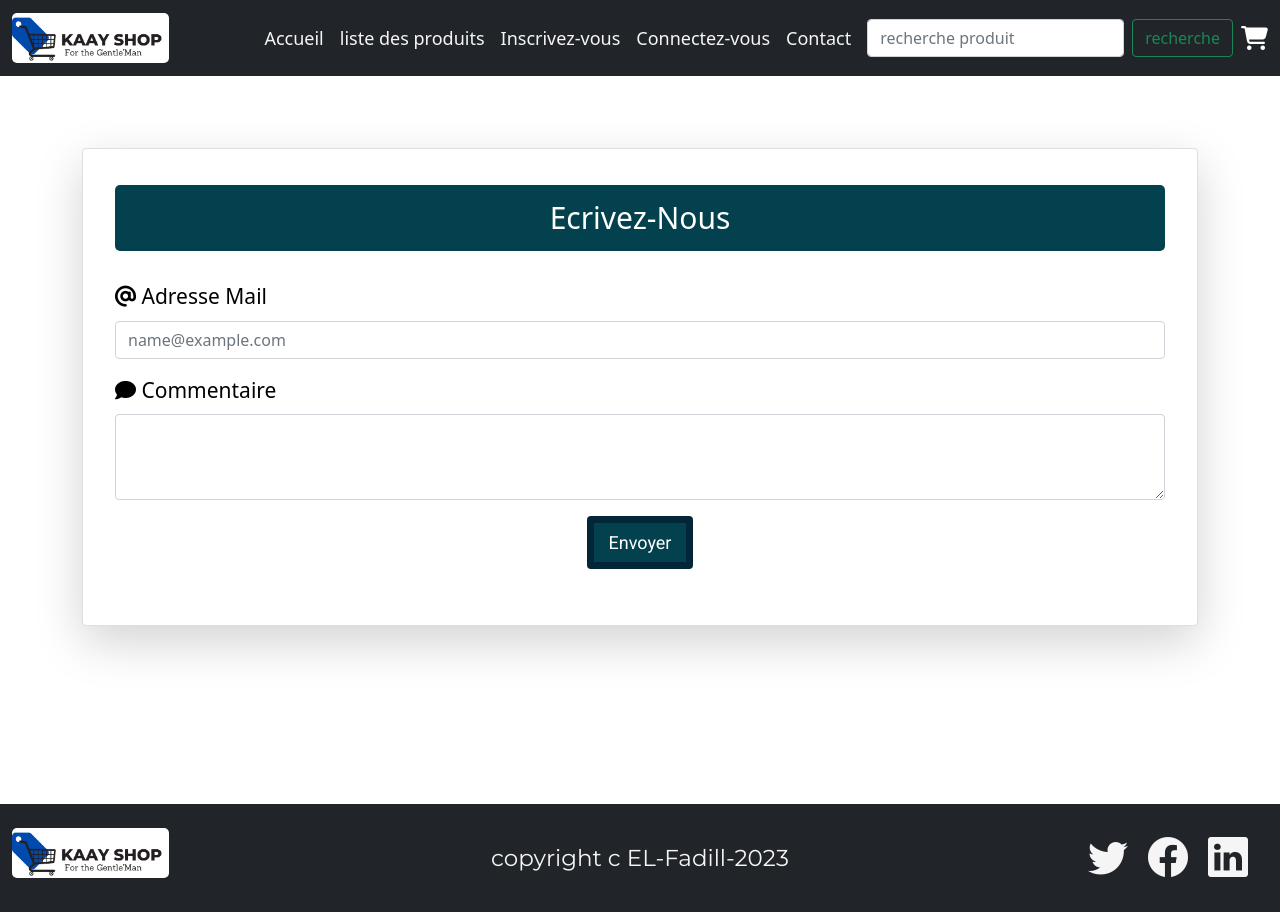
Repository: wadelfadill/Mini_projet_bootstrap_Site_vente_online
Page: contact.html
An editor plug-in stored every save of this project. The page is shown before and after the next save, followed by the edit.
The browser window is 1280 px wide. The pictures show the whole page.
The first visible `.card button` has the focus.
Some web libraries are served in a nearby version.

Above is the page before, as saved 2023-05-19 11:48:54.

After the next save:
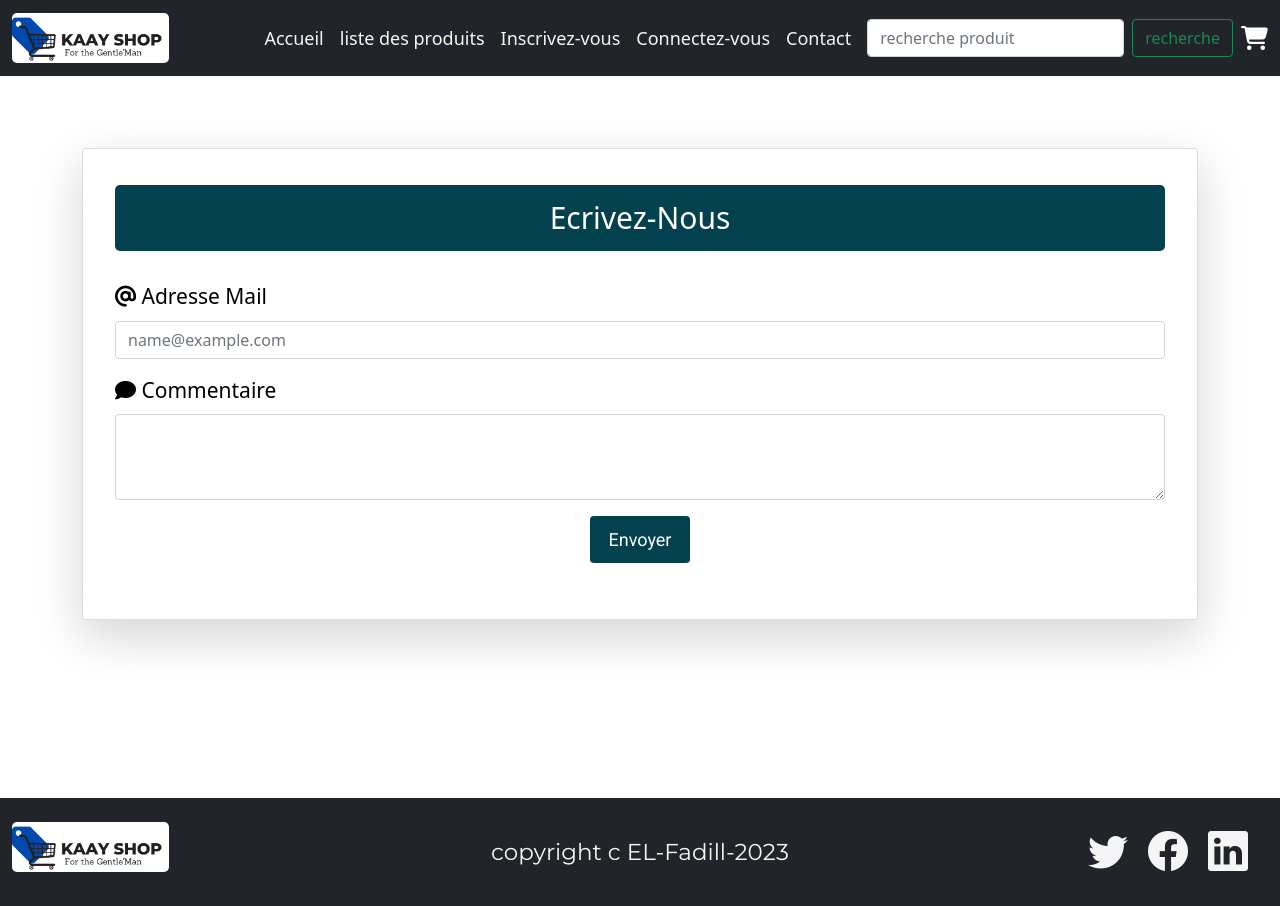
Saved 59 s later.
--- a/assets/css/contact_style.css
+++ b/assets/css/contact_style.css
@@ -40,6 +40,6 @@ main{
 }
 .card button:focus{
     box-shadow: none !important;
-    border: 7px solid rgba(5, 16, 37, 0.52) !important;
+    border: 4px solid rgba(2, 65, 77, 0.52) !important;
 
 }
